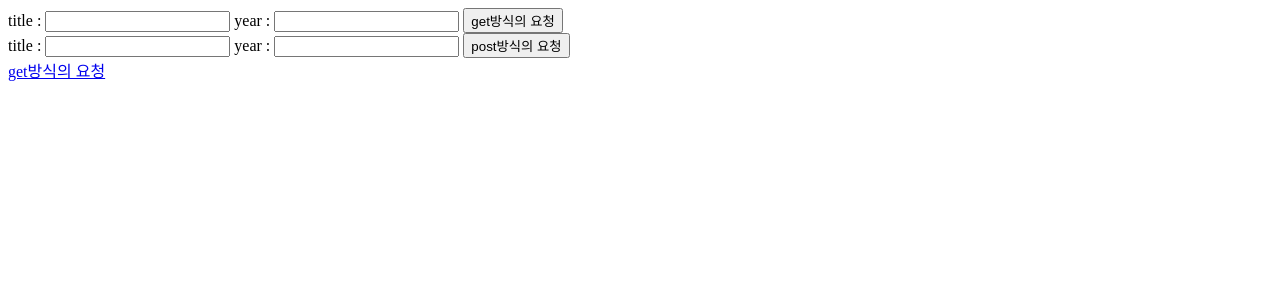
Repository: beom324/jsp-servlet
Page: http://localhost/day1222/
These files come from the project's save history. The page is drawn as it stood at one moment and after the next save; the edit follows.
The browser window is 1280 px wide. The pictures show the whole page.
The page is served by Tomcat 9. Other server files are loaded and not shown.

Above is the page before, as saved 2023-12-22 07:20:43.

### day1222/src/main/webapp/index.jsp
<%@ page language="java" contentType="text/html; charset=UTF-8"
    pageEncoding="UTF-8"%>
<!DOCTYPE html>
<html>
<head>
<meta charset="UTF-8">
<title>Insert title here</title>
</head>
<body>
<form action="hello" method="get">
   title : <input type="text" name="title">
   year  : <input type="text" name="year">
   <input type="submit" value="get방식의 요청">
</form>
<form action="hello" method="post">
   title : <input type="text" name="title">
   year  : <input type="text" name="year">
   <input type="submit" value="post방식의 요청">
</form>

<!-- 아래같은 방법을 쿼리스트림 -->
<a href="hello?title=hello&year=2023">get방식의 요청</a>
</body>
</html>

After the next save:
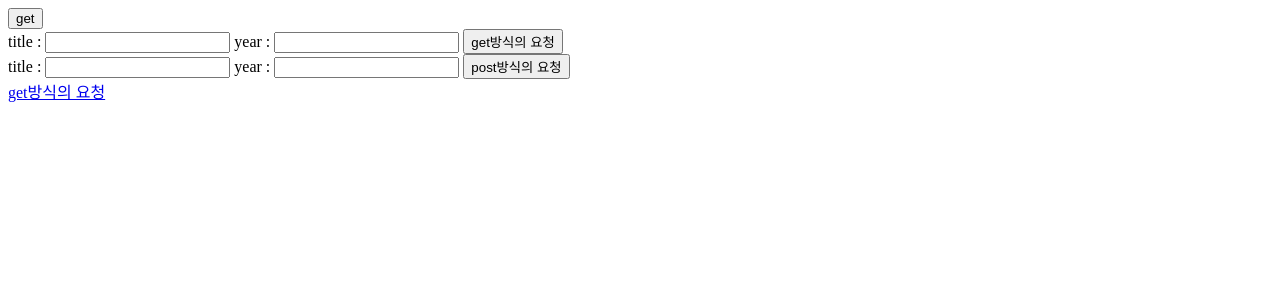
Saved 2 min 28 s later.
--- a/day1222/src/main/webapp/index.jsp
+++ b/day1222/src/main/webapp/index.jsp
@@ -7,6 +7,9 @@
 <title>Insert title here</title>
 </head>
 <body>
+<form action="LifeCycle" method="get">
+	<input type = submit value="get">
+</form>
 <form action="hello" method="get">
    title : <input type="text" name="title">
    year  : <input type="text" name="year">
